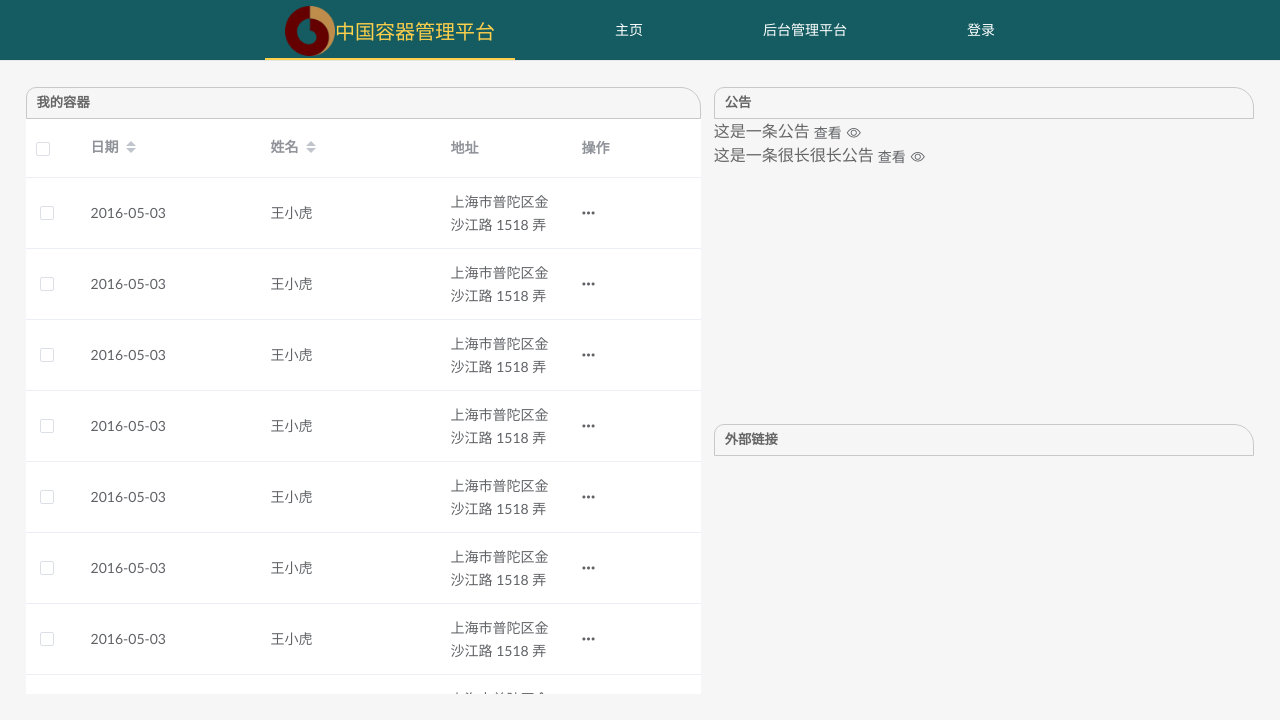
Repository: lei123zhou/zhongjin
Page: /main/home
The author's editor kept a copy of each file at every save. The page is drawn from the files as they stood at one save, then again after the next save.
The browser window is 1280 px wide. The pictures show the whole page.
An inner scrolling area shows only its first screen. The project was rebuilt for these pictures with package versions that can differ from the ones it lists, and the page was loaded fresh each time. Also part of the build but not shown: vue.config.js.

Above is the page before, as saved 2022-08-29 20:21:40.

### src/main.js
import Vue from "vue";
import App from "./App.vue";

Vue.config.productionTip = false;
import "./plugins/element";

import "./main.less";
import router from "./route/index.js";
import store from "./store/index.js";
new Vue({
  router,
  store,
  render: (h) => h(App),
}).$mount("#app");

### src/App.vue
<template>
  <div id="app">
    <router-view></router-view>
  </div>
</template>

<script>
export default {
};
</script>

<style>
#app{
  height: 100%;
  overflow: hidden;

}
</style>>

### src/plugins/element.js
import Vue from "vue";
import {
  Button,
  Form,
  Input,
  Icon,
  FormItem,
  Loading,
  Card,
  Menu,
  MenuItem,
  Submenu,
  Table,
  TableColumn,
  Dropdown,
  DropdownMenu,
  DropdownItem,
  Tooltip,
  Popover,
  Pagination,
  Link,
  Dialog,
} from "element-ui";
import "element-ui/lib/theme-chalk/index.css";
Vue.use(Button);
Vue.use(Form);
Vue.use(Input);
Vue.use(Icon);
Vue.use(FormItem);
Vue.use(Card);
Vue.use(Menu);
Vue.use(MenuItem);
Vue.use(Submenu);
Vue.use(Table);
Vue.use(TableColumn);
Vue.use(Dropdown);
Vue.use(DropdownMenu);
Vue.use(DropdownItem);
Vue.use(Tooltip);
Vue.use(Popover);
Vue.use(Pagination);
Vue.use(Link);
Vue.use(Dialog);
Vue.use(Loading);

### src/main.less
@media (min-width:0px){
    html{font-size:12px;}
}
@media (min-width: 320px){
    html{font-size:12px;}
}
@media (min-width: 340px){
    html{font-size:13px;}
}
@media (min-width: 360px){
    html{font-size:14px;}
}
@media (min-width: 380px){
    html{font-size:15px;}
}
@media (min-width: 400px){
    html{font-size:15px;}
}
@media (min-width: 420px){
    html{font-size:16px;}
}
*{
    margin: 0;
    padding: 0;
}
ul,ol,li,dl{
    list-style-type: none;
}
a{
    text-decoration: none;
}
html,body{
    height: 100%;

    overflow: hidden;

}
body{
    font-family: 'Trebuchet MS', 'Lucida Sans Unicode', 'Lucida Grande', 'Lucida Sans', Arial, sans-serif;
    color: #666;
    line-height: 1.5;
}
.bottom-border,
.top-border {
  position: relative;
}

.bottom-border::after,
.top-border::before {
  content: '';
  position: absolute;
  left: 0;
  right: 0;
  height: 1px;
  background-color:#d43c33;
  transform: scaleY(0.5);
}

.top-border::before {
  top: 0;
}

.bottom-border::after {
  bottom: 0;
}

### src/route/index.js
import Vue from "vue";
import VueRouter from "vue-router";
Vue.use(VueRouter);
const originPush = VueRouter.prototype.push;
VueRouter.prototype.push = function push(location) {
  return originPush.call(this, location).catch((err) => err);
};
const routes = [
  { path: "/", redirect: "/login" },
  { path: "/login", name: 'login', component: () => import('../pages/login/LoginPage.vue') },
  {
    path: "/main", name: 'main', component: () => import('../pages/main/MainPage.vue'), children: [
      { path: "", redirect: "/main/home" },
      {
        path: "home",
        name: "home",
        component: () => import("../pages/home/HomePage.vue"),
      },
    ]
  }
];
const router = new VueRouter({
  routes,
  mode: 'history'
})
export default router;

### src/store/index.js
import Vue from 'vue';
import Vuex from 'vuex';
Vue.use(Vuex);
export default new Vuex.Store({
    state:{},
    getters:{},
    mutations:{}
})

### src/pages/main/MainPage.vue
<template>
  <div class="main">
    <div class="heard">
      <el-menu
        :default-active="activeIndex2"
        class="el-menu-demo"
        mode="horizontal"
        @select="handleSelect"
        background-color="#145c61"
        text-color="#fff"
        active-text-color="#ffd04b"
      >
        <el-menu-item index="1">
          <template slot="title">
            <img src="../../assets/u2.png" alt="" id="logo" />
            <span class="login-title">中国容器管理平台</span>
          </template></el-menu-item
        >
        <el-menu-item index="2">主页</el-menu-item>
        <el-menu-item index="3" @click="toManagement"
          >后台管理平台</el-menu-item
        >
        <el-menu-item index="null">登录</el-menu-item>
      </el-menu>
    </div>
    <router-view></router-view>
  </div>
</template>

<script>
export default {
  data() {
    return {
      activeIndex: "1",
      activeIndex2: "1",
    };
  },
  methods: {
    handleSelect(key, keyPath) {
      console.log(key, keyPath);
    },
    toManagement() {
      this.$router.push("/management");
    },
  },
};
</script>
<style lang="less" scoped>
.main {
  display: flex;
  flex-direction: column;
  justify-content: start;
  background-color: #f6f6f6;
  height: 100%;
  .heard {
    width: 100%;
    background-color: "#145c61";
  }
}
.login-title {
  font-size: 20px;
  line-height: 61px;
}
.clearfix {
  display: flex;
  align-content: center;
  justify-content: space-around;
}
#logo {
  width: 50px;
}
/deep/.el-menu.el-menu--horizontal {
  display: flex;
  justify-content: center;
  li {
    margin: 0 40px;
    padding: 0 20px;
  }
}
</style>

### src/pages/home/HomePage.vue
<template>
  <div class="home">
    <div class="left">
      <h5 class="title">我的容器</h5>
      <el-table
        ref="multipleTable"
        :data="tableData"
        tooltip-effect="dark"
        style="width: 100%"
        @selection-change="handleSelectionChange"
      >
        <el-table-column type="selection" width="55"> </el-table-column>
        <el-table-column prop="date" label="日期" sortable width="180">
        </el-table-column>
        <el-table-column prop="name" label="姓名" sortable width="180">
        </el-table-column>
        <el-table-column prop="address" label="地址" :formatter="formatter">
        </el-table-column>
        <el-table-column label="操作">
          <el-popover placement="right" width="40" trigger="hover">
            <template slot-scope="scope">
              <el-button
                size="mini"
                @click="handleEdit(scope.$index, scope.row)"
                >编辑</el-button
              >
              <el-button
                size="mini"
                type="danger"
                @click="handleDelete(scope.$index, scope.row)"
                >删除</el-button
              >
            </template>
            <i slot="reference" class="el-icon-more"></i>
          </el-popover>
        </el-table-column>
      </el-table>
      <el-pagination background layout="prev, pager, next" :total="1000">
      </el-pagination>
      <div style="margin-top: 20px" v-if="allDel">
        <el-button @click="toggleSelection([tableData[1], tableData[2]])"
          >全部删除</el-button
        >
        <el-button @click="toggleSelection()">取消选择</el-button>
      </div>
    </div>
    <div class="right">
      <div class="right-top">
        <h5 class="title">公告</h5>
        <div class="contaion">
          <div>
            <span
              >这是一条公告
              <el-link @click="showDetail"
                >查看<i class="el-icon-view el-icon--right"></i> </el-link
            ></span>
            <diglog ref="show" :announcement="announcement"></diglog>
          </div>
          <div>
            <span
              >这是一条很长很长公告
              <el-link @click="showDetail"
                >查看<i class="el-icon-view el-icon--right"></i> </el-link
            ></span>
            <diglog ref="show" :announcement="announcement"></diglog>
          </div>
        </div>
      </div>
      <div class="right-down"><h5 class="title">外部链接</h5></div>
    </div>
  </div>
</template>

<script>
import diglog from "./compontents/DiglogCom.vue";
export default {
  components: {
    diglog,
  },
  data() {
    return {
      allDel: false,
      dialogVisible: false,
      announcement: "",
      tableData: [
        {
          date: "2016-05-03",
          name: "王小虎",
          address: "上海市普陀区金沙江路 1518 弄",
        },
        {
          date: "2016-05-03",
          name: "王小虎",
          address: "上海市普陀区金沙江路 1518 弄",
        },
        {
          date: "2016-05-03",
          name: "王小虎",
          address: "上海市普陀区金沙江路 1518 弄",
        },
        {
          date: "2016-05-03",
          name: "王小虎",
          address: "上海市普陀区金沙江路 1518 弄",
        },
        {
          date: "2016-05-03",
          name: "王小虎",
          address: "上海市普陀区金沙江路 1518 弄",
        },
        {
          date: "2016-05-03",
          name: "王小虎",
          address: "上海市普陀区金沙江路 1518 弄",
        },
        {
          date: "2016-05-03",
          name: "王小虎",
          address: "上海市普陀区金沙江路 1518 弄",
        },
        {
          date: "2016-05-03",
          name: "王小虎",
          address: "上海市普陀区金沙江路 1518 弄",
        },
        {
          date: "2016-05-03",
          name: "王小虎",
          address: "上海市普陀区金沙江路 1518 弄",
        },
        {
          date: "2016-05-02",
          name: "王小虎",
          address: "上海市普陀区金沙江路 1518 弄",
        },
        {
          date: "2016-05-04",
          name: "王小虎",
          address: "上海市普陀区金沙江路 1518 弄",
        },
        {
          date: "2016-05-01",
          name: "王小虎",
          address: "上海市普陀区金沙江路 1518 弄",
        },
      ],
      multipleSelection: [],
    };
  },

  methods: {
    toggleSelection(rows) {
      if (rows) {
        rows.forEach((row) => {
          this.$refs.multipleTable.toggleRowSelection(row);
        });
      } else {
        this.$refs.multipleTable.clearSelection();
      }
    },
    handleSelectionChange(val) {
      this.multipleSelection = val;
      this.allDel = !this.allDel;
    },
    // 编辑删除
    handleEdit(index, row) {
      console.log(index, row);
    },
    handleDelete(index, row) {
      console.log(index, row);
    },

    formatter(row) {
      return row.address;
    },
    showDetail() {
      this.$refs.show.showDig();
    },
  },
};
</script>

<style lang="less" scoped>
.home {
  display: flex;
  margin: 2vw;
  height: 100%;
  overflow-x: hidden;
  overflow-y: auto;
  h5 {
    padding: 5px 10px;
    border: 1px solid rgb(201, 200, 200);
    border-top-right-radius: 20px;
    border-top-left-radius: 10px;
  }
}
.left {
  width: 55%;
  margin-right: 1%;
  .el-pagination {
    margin-top: 20px;
    display: flex;
    justify-content: flex-end;
  }
}
.right {
  flex: 1;
  display: flex;
  flex-direction: column;
  .right-top {
    display: flex;
    flex-direction: column;
    margin-bottom: 1%;
  }
}
.contaion {
  height: 300px;
  span {
    display: block;
    width: 80%;
    white-space: nowrap;
    /* 强制性的在一行显示所有的文本，直到文本结束或者遭遇br标签对象才换行*/
    overflow: hidden;
    /* 溢出的文字隐藏起来*/
    text-overflow: ellipsis;
    /*溢出的文字使用圆点显示*/
  }
}
</style>

### src/pages/home/compontents/DiglogCom.vue
<template>
  <div>
    <el-dialog
      title="提示"
      :visible.sync="dialogVisible"
      width="30%"
      :before-close="handleClose"
    >
      <span>这是一段信息</span>
      <span slot="footer" class="dialog-footer">
        <el-button type="primary" @click="dialogVisible = false"
          >已阅读</el-button
        >
      </span>
    </el-dialog>
  </div>
</template>

<script>
export default {
  props: ["announcement"],
  data() {
    return {
      dialogVisible: false,
    };
  },
  methods: {
    handleClose(done) {
      this.$confirm("确认关闭？").then(() => {
        done();
      });
    },
    showDig() {
      this.dialogVisible = true;
    },
  },
};
</script>

<style></style>

Loaded but not shown: public/index.html (common file)

After the next save:
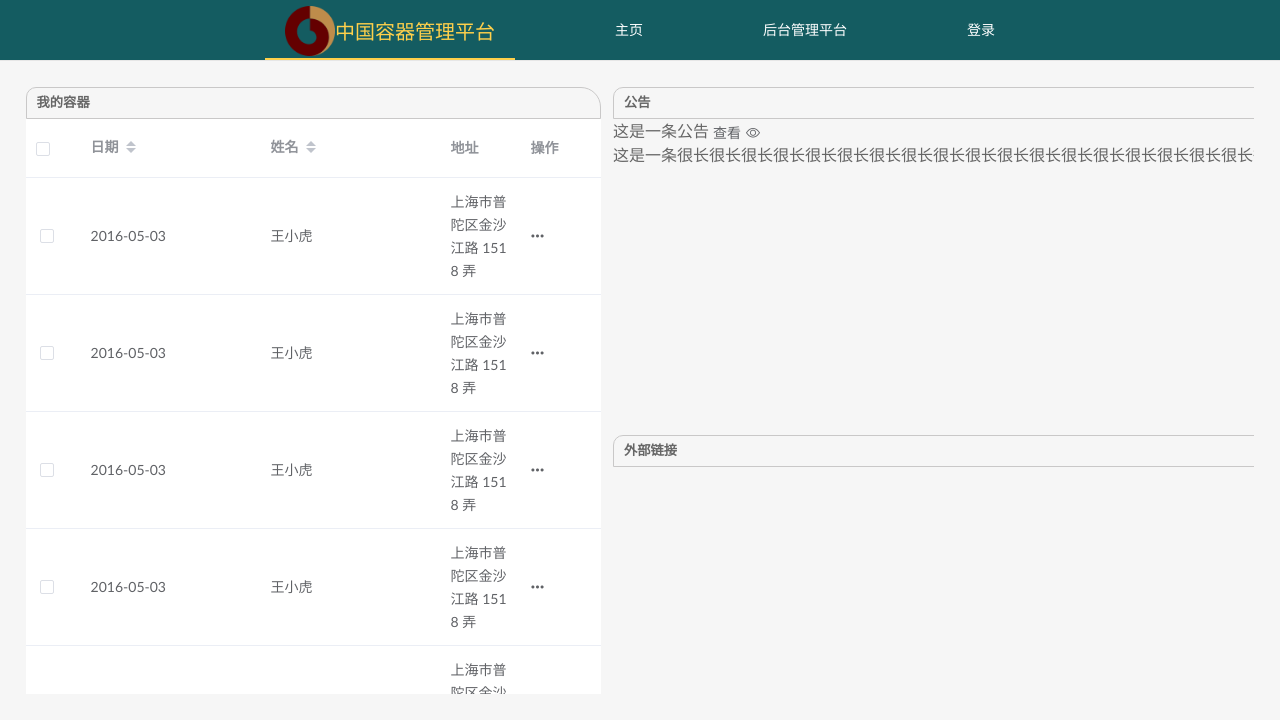
Saved 8 s later.
--- a/src/pages/home/HomePage.vue
+++ b/src/pages/home/HomePage.vue
@@ -58,7 +58,7 @@
           </div>
           <div>
             <span
-              >这是一条很长很长公告
+              >这是一条很长很长很长很长很长很长很长很长很长很长很长很长很长很长很长很长很长很长很长很长很长很长很长很长很长很长很长很长很长很长很长很长很长很长很长很长很长很长很长很长很长很长很长很长很长很长的公告
               <el-link @click="showDetail"
                 >查看<i class="el-icon-view el-icon--right"></i> </el-link
             ></span>
